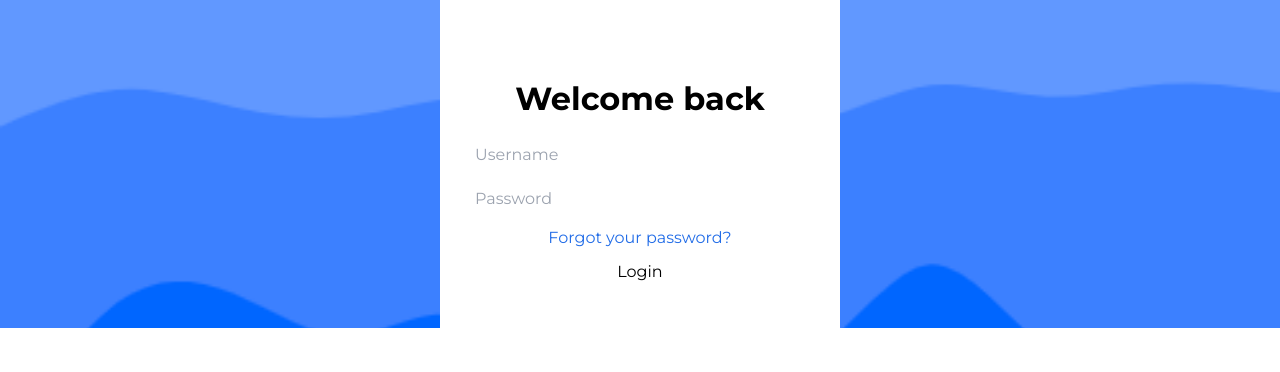
Repository: SatohJiro/CourseSale
Page: /
The author's editor kept a copy of each file at every save. The page is drawn from the files as they stood at one save, then again after the next save.
The browser window is 1280 px wide. The pictures show the whole page.
The project was rebuilt for these pictures with package versions that can differ from the ones it lists, and the page was loaded fresh each time. Also part of the build but not shown: src/pages/Home/index.js, src/pages/Courses/index.js, src/layout/DefaultLayout/DefaultLayout.module.scss, src/layout/components/Header/Header.module.scss, src/layout/components/Header/index.js, src/layout/components/Sidebar/Sidebar.module.scss, src/layout/components/Sidebar/index.js, src/layout/DefaultLayout/index.js.

Above is the page before, as saved 2022-12-05 11:01:46.

### public/index.html
<!DOCTYPE html>
<html lang="en">
  <head>
    <meta charset="utf-8" />
    <link rel="icon" href="%PUBLIC_URL%/favicon.ico" />
    <meta name="viewport" content="width=device-width, initial-scale=1" />
    <meta name="theme-color" content="#000000" />
    <meta
      name="description"
      content="Web site created using create-react-app"
    />
    <link rel="apple-touch-icon" href="%PUBLIC_URL%/logo192.png" />
    <!--
      manifest.json provides metadata used when your web app is installed on a
      user's mobile device or desktop. See https://developers.google.com/web/fundamentals/web-app-manifest/
    -->
    <link rel="manifest" href="%PUBLIC_URL%/manifest.json" />
    <!--
      Notice the use of %PUBLIC_URL% in the tags above.
      It will be replaced with the URL of the `public` folder during the build.
      Only files inside the `public` folder can be referenced from the HTML.

      Unlike "/favicon.ico" or "favicon.ico", "%PUBLIC_URL%/favicon.ico" will
      work correctly both with client-side routing and a non-root public URL.
      Learn how to configure a non-root public URL by running `npm run build`.
    -->
    <title>Course Sale</title>
  </head>
  <body>
    <noscript>You need to enable JavaScript to run this app.</noscript>
    <div id="root"></div>
    <!--
      This HTML file is a template.
      If you open it directly in the browser, you will see an empty page.

      You can add webfonts, meta tags, or analytics to this file.
      The build step will place the bundled scripts into the <body> tag.

      To begin the development, run `npm start` or `yarn start`.
      To create a production bundle, use `npm run build` or `yarn build`.
    -->
  </body>
</html>

### src/index.js
import React from "react";
import ReactDOM from "react-dom/client";
import App from "./App";
import reportWebVitals from "./reportWebVitals";

import GlobalStyles from "~/components/GlobalStyles";

const root = ReactDOM.createRoot(document.getElementById("root"));
root.render(
  <React.StrictMode>
    <GlobalStyles>
      <App />
    </GlobalStyles>
  </React.StrictMode>
);

// If you want to start measuring performance in your app, pass a function
// to log results (for example: reportWebVitals(console.log))
// or send to an analytics endpoint. Learn more: https://bit.ly/CRA-vitals
reportWebVitals();

### src/App.js
import { Fragment } from "react";
import { BrowserRouter as Router, Routes, Route } from "react-router-dom";
import { publicRoutes } from "~/routes";
import { DefaultLayout } from "~/layout";
import Login from "./pages/Login/Login";

function App() {
  return (
    // <Router>
    //   <div className="App">
    //     <Routes>
    //       {publicRoutes.map((route, index) => {
    //         let Layout = DefaultLayout;
    //         if (route.layout) {
    //           Layout = route.layout;
    //         } else if (route.layout === null) {
    //           Layout = Fragment;
    //         }
    //         const Page = route.component;
    //         return (
    //           <Route
    //             key={index}
    //             path={route.path}
    //             element={
    //               <Layout>
    //                 <Page />
    //               </Layout>
    //             }
    //           />
    //         );
    //       })}
    //     </Routes>
    //   </div>
    // </Router>
    <Login></Login>
  );
}

export default App;

### src/components/GlobalStyles/index.js
import './GlobalStyles.scss'

function GlobalStyles({children}){
    return children
}
export default GlobalStyles

### src/routes/index.js
import { ROUTE_NAME } from "./routesConstant";

import Home from "~/pages/Home";
import Courses from "~/pages/Courses";
import Login from "~/pages/Login/Login";

const publicRoutes = [
  { path: ROUTE_NAME.ROOT, component: Home },
  { path: ROUTE_NAME.COURSES, component: Courses },
  { path: ROUTE_NAME.LOGIN, component: Login },
];
const privateRoutes = [];
export { publicRoutes, privateRoutes };

### src/layout/index.js
export {default as DefaultLayout} from './DefaultLayout'

### src/pages/Login/Login.jsx
import React from "react";

const Login = () => {
  return (
    <>
      <div className="grid place-items-center m-0 px-[24px] bg-login bg-no-repeat bg-cover animate-background-pan">
        <div className="w-[400px] px-[30px] pt-[70px] pb-[44px] round-[24px] bg-white text-center">
          <h2 className="mt-2 mb-6 text-[32px] font-bold">Welcome back</h2>
          <form action="" className="grid gap-4">
            <input className="p-2" type="text" placeholder="Username" />
            <input className="p-2" type="password" placeholder="Password" />
            <a href="#" className="text-link">
              Forgot your password?
            </a>
            <butotn>Login</butotn>
          </form>
        </div>
      </div>
    </>
  );
};

export default Login;

### src/components/GlobalStyles/GlobalStyles.scss
@tailwind base;
@tailwind components;
@tailwind utilities;
@import "normalize.css";
@import url("https://fonts.googleapis.com/css2?family=Montserrat:wght@300;400;500;600;700&display=swap");

:root {
}
* {
  margin: 0;
  padding: 0;
  box-sizing: border-box;
}
html {
  font-size: 62.5%;
  a {
    color: #fff;
  }
}
body {
  font-family: "Montserrat";
  font-size: 1.6rem;
  line-height: 1.5;
  text-rendering: optimizeSpeed;
}

### src/routes/routesConstant.js
const HOME = "/";
const COURSES = "/courses";
const LOGIN = "/login";

export const ROUTE_NAME = {
  LOGIN: LOGIN,
  ROOT: HOME,
  COURSES: COURSES,
};

### src/layout/components/Sidebar/Sidebar.js
import classNames from "classnames/bind";
import style from "./Sidebar.module.scss";

import { ROUTE_NAME } from "~/routes/routesConstant";
import { AiOutlineHome, AiOutlineUnorderedList } from "react-icons/ai";

import { Link } from "react-router-dom";
import { useState } from "react";

const cx = classNames.bind(style);

const listTab = [
  {
    name: "home",
    path: ROUTE_NAME.ROOT,
    title: "Trang chủ",
    icon: <AiOutlineHome className={cx("menu-icon")} />,
  },
  {
    name: "courses",
    path: ROUTE_NAME.COURSES,
    title: "Khóa học",
    icon: <AiOutlineUnorderedList className={cx("menu-icon")} />,
  },
];
function Sidebar() {
  const [tabActive, setTabActive] = useState(listTab[0].name);
  return (
    <div className={cx("wrapper")}>
      <div className={cx("menu-wrapper")}>
        {listTab.map((item, index) => {
          return (
            <Link
              to={item.path}
              className={cx(
                "menu-item",
                tabActive === item.name ? "active" : null
              )}
              key={index}
              onClick={() => {
                setTabActive(item.name);
              }}
            >
              {item.icon}
              <span className={cx("menu-title")}>{item.title}</span>
            </Link>
          );
        })}
      </div>
    </div>
  );
}

export default Sidebar;

### tailwind.config.js
/** @type {import('tailwindcss').Config} */
module.exports = {
  content: ["./src/**/*.{js,jsx,ts,tsx}"],
  theme: {
    extend: {
      colors: {
        link: "#216ce7",
      },
      backgroundImage: {
        login: "url('../assets/img/login/login.png')",
      },
      keyframs: {
        pan: {
          "100%": { backgroundPosition: "15% 50%" },
        },
      },
      animation: {
        "background-pan": "pan 6s infinite alternate linear",
      },
    },
  },
  plugins: [],
};

Loaded but not shown: src/reportWebVitals.js (common file)

After the next save:
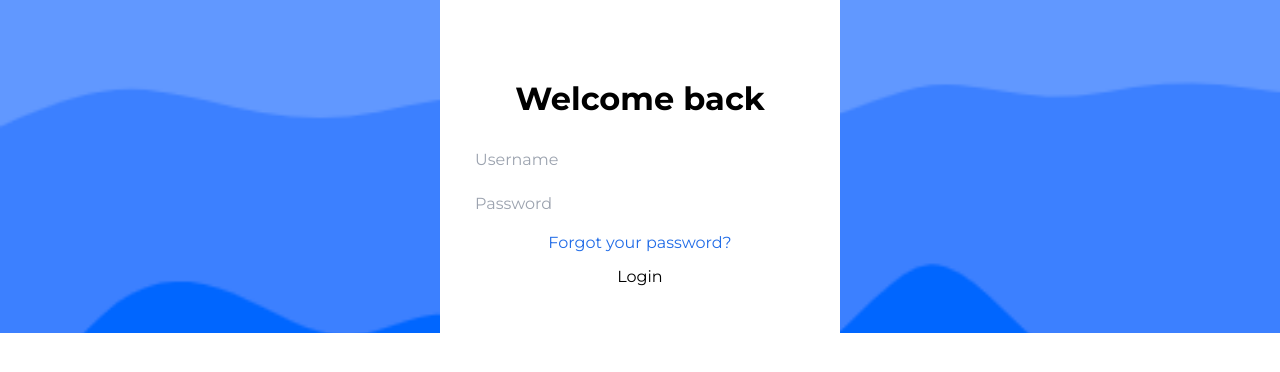
Saved 5 s later.
--- a/src/pages/Login/Login.jsx
+++ b/src/pages/Login/Login.jsx
@@ -5,7 +5,7 @@ const Login = () => {
     <>
       <div className="grid place-items-center m-0 px-[24px] bg-login bg-no-repeat bg-cover animate-background-pan">
         <div className="w-[400px] px-[30px] pt-[70px] pb-[44px] round-[24px] bg-white text-center">
-          <h2 className="mt-2 mb-6 text-[32px] font-bold">Welcome back</h2>
+          <h2 className="mt-2 mb-8 text-[32px] font-bold">Welcome back</h2>
           <form action="" className="grid gap-4">
             <input className="p-2" type="text" placeholder="Username" />
             <input className="p-2" type="password" placeholder="Password" />
